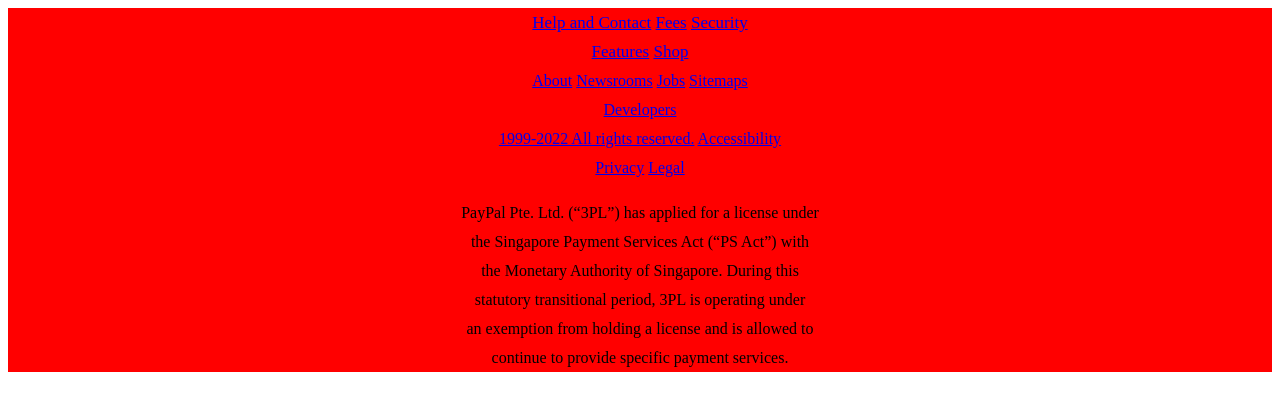
Repository: Jayeola3/Paypal
Page: text.html
An editor plug-in stored every save of this project. The page is shown before and after the next save, followed by the edit.
The browser window is 1280 px wide. The pictures show the whole page.

Above is the page before, as saved 2022-06-29 13:29:57.

After the next save:
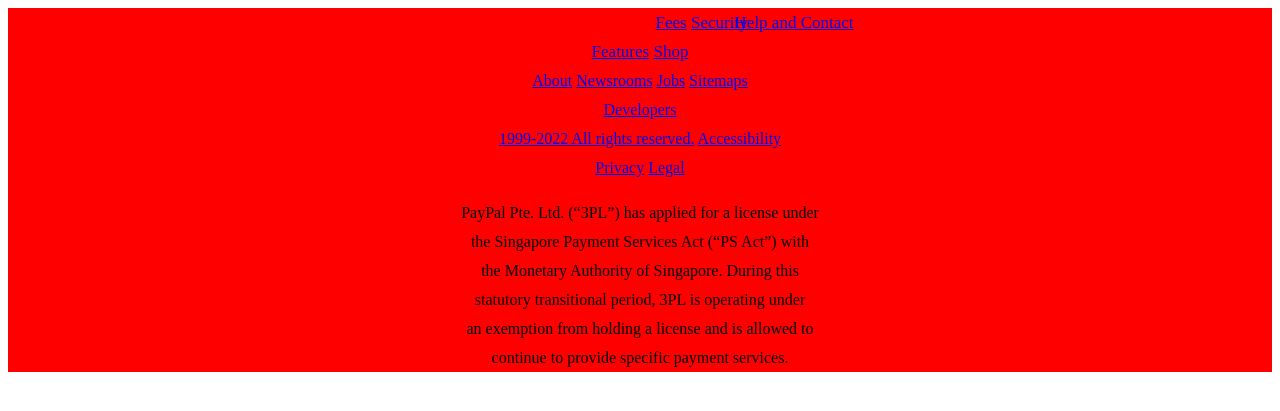
Saved 11 s later.
--- a/text.html
+++ b/text.html
@@ -28,6 +28,7 @@
     <style>
         .lin{
             position: relative;
+            left: 16%;
         }
         .moves{
             background-color: red;
